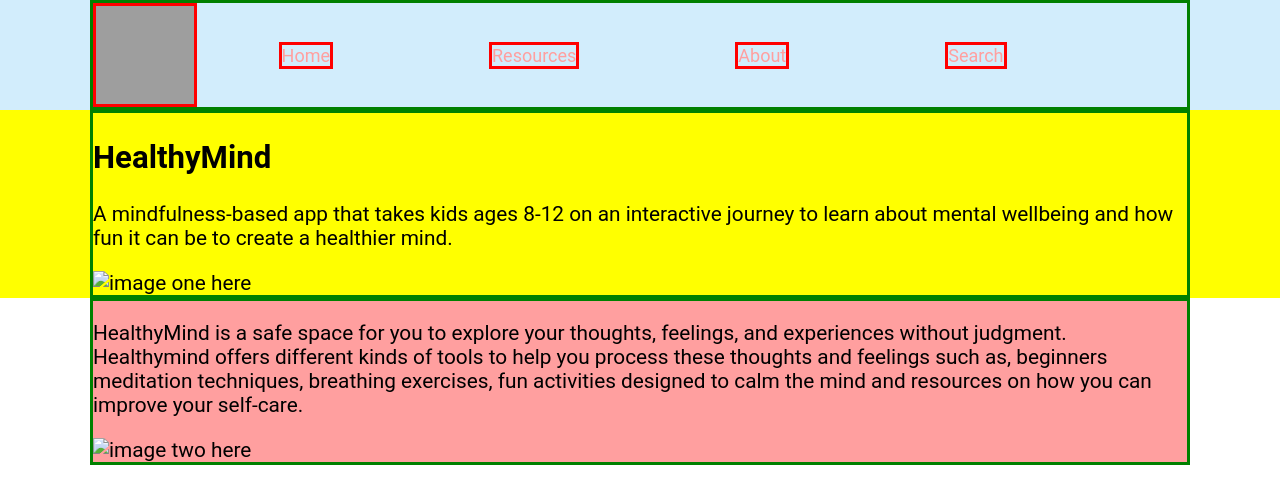
Repository: Nafisa-Huda/HealthierMind
Page: public/index.html
These files come from the project's save history. The page is drawn as it stood at one moment and after the next save; the edit follows.
The browser window is 1280 px wide. The pictures show the whole page.
Pictures or frames that could not be fetched are drawn as grey boxes.

Above is the page before, as saved 2022-07-11 15:40:35.

### public/index.html
<!DOCTYPE html>
<html lang="en">
<head>
    <meta charset="UTF-8">
    <meta http-equiv="X-UA-Compatible" content="IE=edge">
    <meta name="viewport" content="width=device-width, initial-scale=1.0">
    <title>HealthyMind</title>
    <link rel="stylesheet" href="/public/style.css">
</head>
<body>
    <header>
        <div class="container row">
            <img class="logo" src="https://i.ibb.co/xLGc6jC/Healthy-Mind-logo.png" alt="healthy-mind-logo">
        <nav class="nav">
            <ul class="nav__list">
                <li class="nav__item"><a href="#" class="nav__link">Home</a></li>
                <li class="nav__item"><a href="#" class="nav__link">Resources</a></li>
                <li class="nav__item"><a href="#" class="nav__link">About</a></li>
                <li class="nav__item"><a href="#" class="nav__link">Search</a></li>
            </ul>
        </nav>
        </div>
    </header>

    <section class="hero">
        <div class="container">
            <div class="hero__text">
                <h1>HealthyMind</h1>
                <p>A mindfulness-based app that takes kids ages 8-12 on an interactive journey to learn about mental wellbeing and how fun it can be to create a healthier mind. </p>
            </div>
            <img class="hero__img" src="#" alt="image one here" srcset="">
        </div>
    </section>

    <main class="main container">
        <section class="primary-content">
            <p>HealthyMind is a safe space for you to explore your thoughts, feelings, and experiences without judgment. Healthymind offers different kinds of tools to help you process these thoughts and feelings such as, beginners meditation techniques, breathing exercises, fun activities designed to calm the mind and resources on how you can improve your self-care.</p>
            <img class="main__img" src="" alt="image two here" srcset="">
        </section>
</main>

<script src="/public/main.js"></script>
</body>
</html>

### public/style.css
*, *::before, *::after {
    box-sizing: border-box;
}

body {
    margin: 0;
    font-family: 'Roboto', sans-serif;
    font-size: 1.3rem;
}
header{
  background-color: #d2edfc;
}

img {
    max-width: 100%;
}

/* home page */

.container {
    width: 100%;
    max-width: 1100px;
    margin: 0 auto;
    border: 3px green solid;

}
.hero{
  background-color: yellow;
}
.main{
  background-color: #FF9F9F;
  width: 100%;
}

.row {
    display: flex;
    justify-content: space-between;
    align-items: center;
    width: 100%;
}

.logo {
    width: 5em;
    height: 5em;
    margin-right: 2em;
    border: 3px red solid;
}

.nav {
    display: flex;
    justify-content: space-between;
    align-items: center;
    flex-grow: 1;
}

.nav__list {
    margin: 0;
    padding-right: 1em;
    list-style: none;

    display: flex;
    align-items: center;

    font-size: 1rem;
}

.nav__item + .nav__item {
    margin-left: 60%;
}

.nav__link {
    border: 3px red solid;
    text-decoration: none;
    font-size: large;
    color: #FF9F9F;
}

.nav__link--button {
    padding: .25em 1em;
}

.nav__link:hover {
    opacity: .75;
}



/* activities page */

.activities-header{
  background-color: #A8E0FF;
  height: 20rem;
  width: 100%;
  border-bottom: solid #fff 4px;
}

.title{
  display: flex;
  flex-direction: column;
  align-items: center;
  padding-top: 3rem;
  color: #fff;
}


.activities-container{
  display: flex;
  flex-wrap: wrap;
  justify-content: center;
  background-color: #FFF9A6;
}

.scene {
  width: 20rem;
  height: 20rem;
  margin: 3rem;
  perspective: 600px;
}

.card {
  width: 100%;
  height: 100%;
  cursor: pointer;
  transform-style: preserve-3d;
  transform-origin: center right;
  transition: transform 1s;
}

.card.is-flipped {
  transform: translateX(-100%) rotateY(-180deg);
}

.face {
  position: absolute;
  width: 100%;
  height: 100%;
  line-height: 260px;
  color: #fff;
  text-align: center;
  font-weight: bold;
  font-size: larger;
  backface-visibility: hidden;
}

.front {
  background-color: #FF9F9F;
}

.back {
  background-color: #FF9F9F;
  transform: rotateY(180deg);
}

### public/main.js
const cards = document.querySelectorAll('.card');
[...cards].forEach((card)=>{
    card.addEventListener('click', () =>{
        card.classList.toggle('is-flipped')
    })
});

After the next save:
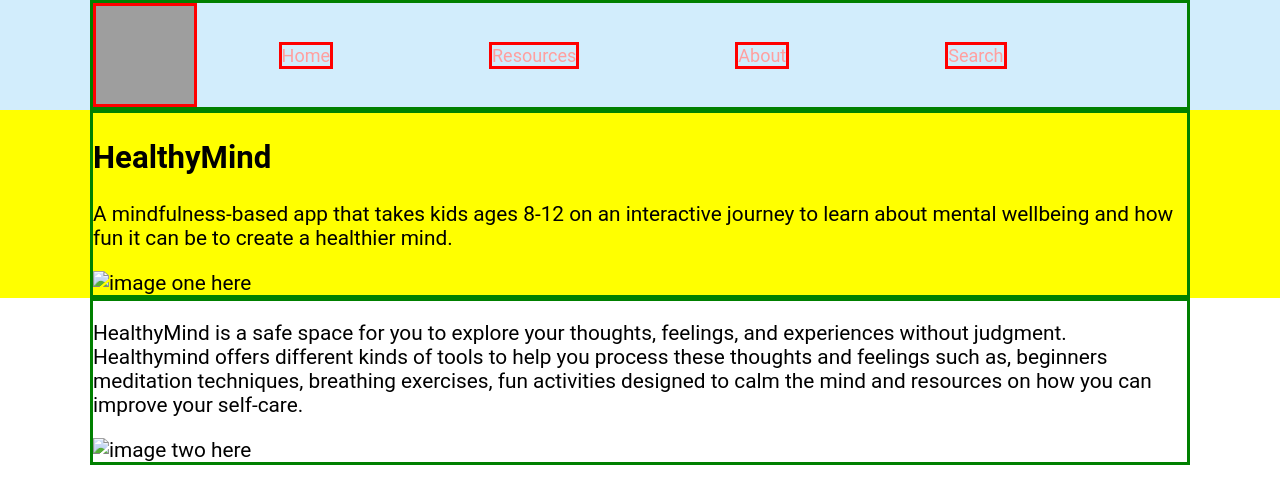
Saved 44 s later.
--- a/public/style.css
+++ b/public/style.css
@@ -27,7 +27,7 @@
 .hero{
   background-color: yellow;
 }
-.main{
+.main container{
   background-color: #FF9F9F;
   width: 100%;
 }

After the 3 saves that followed:
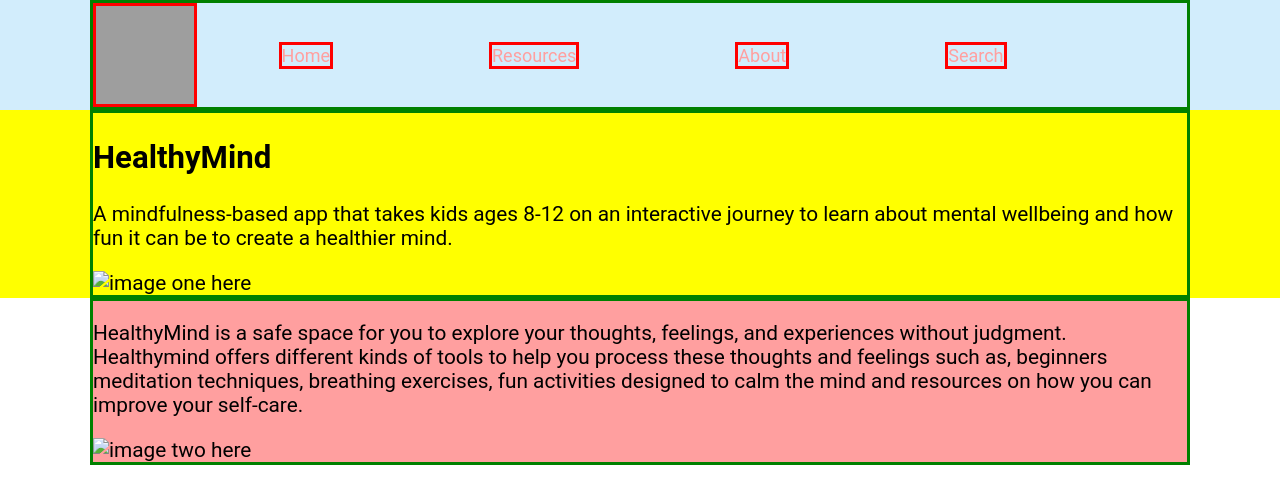
The 3 saves are shown as one change because 2 left the picture as it was.
The last was saved 33 s later.
--- a/public/style.css
+++ b/public/style.css
@@ -27,7 +27,7 @@
 .hero{
   background-color: yellow;
 }
-.main container{
+main{
   background-color: #FF9F9F;
   width: 100%;
 }
